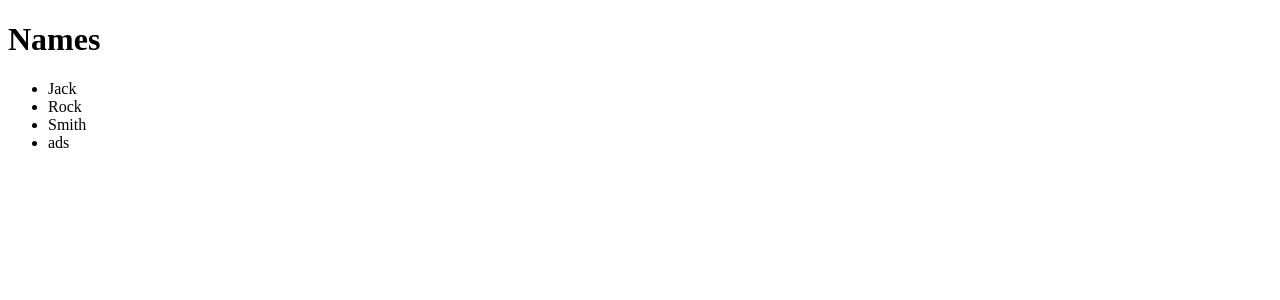
Repository: NithishKoriyar/phpprojectgh
Page: http://localhost/names.php
These files come from the project's save history. The page is drawn as it stood at one moment and after a run of saves; the edit follows.
The browser window is 1280 px wide. The pictures show the whole page.
The page is run by PHP 8.4 with error messages shown; the project is at /var/www/html/.

Above is the page before, as saved 2022-12-14 12:34:53.

### names.php
<?php
$name = ['Jack', 'Rock','Smith', 'ads'];

?>
<!DOCTYPE html>
<html lang="en">

<head>
    <meta charset="UTF-8">
    <meta http-equiv="X-UA-Compatible" content="IE=edge">
    <meta name="viewport" content="width=device-width, initial-scale=1.0">
    <title>Document</title>
    <style>
        .some-names{
            background-color: red;
        }
        .more-names{
            background-color: green;
        }
    </style>
</head>

<body>
    <h1>Names</h1>
    <ul class="<?php
    count($name) > 3
    ?>
    ">
        <?php foreach ($name as $name) { ?>
            <li><?= $name ?></li>
        <?php }?>
    </ul>
</body>

</html>

After the next 2 saves:
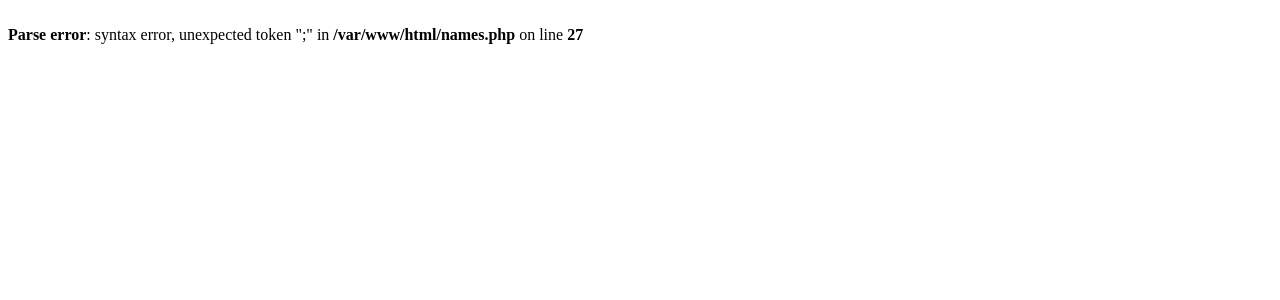
The 2 saves are shown as one change because they came seconds apart.
The last was saved 9 s later.
--- a/names.php
+++ b/names.php
@@ -23,7 +23,7 @@ $name = ['Jack', 'Rock','Smith', 'ads'];
 <body>
     <h1>Names</h1>
     <ul class="<?php
-    count($name) > 3
+    count($name) > 3 ?
     ?>
     ">
         <?php foreach ($name as $name) { ?>
